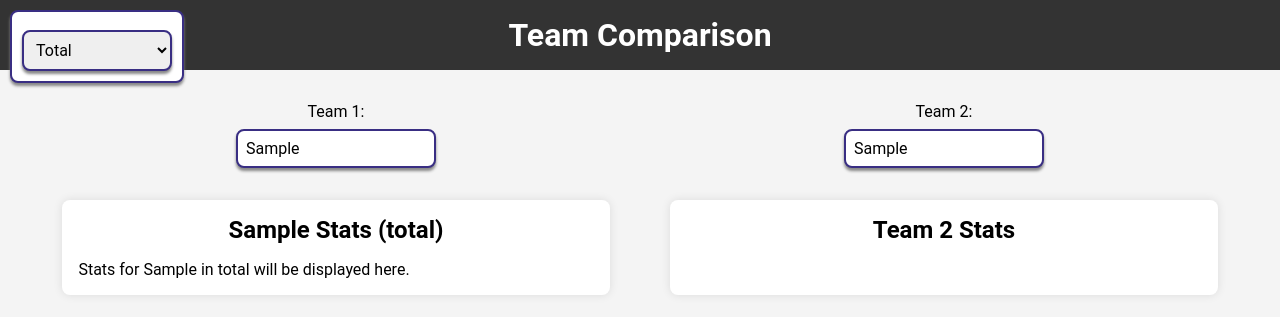
Repository: Enzo-py/dataviz-project-m1
Page: team_page.html
An editor plug-in stored every save of this project. The page is shown before and after the next save, followed by the edit.
The browser window is 1280 px wide. The pictures show the whole page.
Empty fields were first filled with sample values (such as "Sample", 5 or name@example.com).
After loading, the first visible `#team1` was changed once.
Some web fonts or font styles are not loaded; a fallback is used.

Above is the page before, as saved 2024-12-14 16:46:55.

### team_page.html
<!DOCTYPE html>
<html lang="en">
<head>
    <meta charset="UTF-8">
    <meta name="viewport" content="width=device-width, initial-scale=1.0">
    <title>Team page</title>
    <script type="text/javascript" src="js/d3.v7.min.js"></script>
    <script type="text/javascript" src="js/team_page.js"></script>

    <link rel="stylesheet" href="css/global.css">
    <link rel="stylesheet" href="css/team_page.css">

    <link rel="preload" href="https://fonts.googleapis.com/css2?family=Material+Symbols+Outlined:opsz,wght,FILL,GRAD@20..48,100..700,0..1,-50..200&" as="style" onload="this.onload=null;this.rel='stylesheet'">
</head>
<body>
    <!-- Place the season selector at the top left corner -->
    <div class="season">
        <label for="season"></label>
        <select id="season">
            <option value="total">Total</option>
            <option value="2021-2022">2021-2022</option>
            <option value="2022-2023">2022-2023</option>
            <option value="2023-2024">2023-2024</option>
        </select>
    </div>

    <header>
        <h1>Team Comparison</h1>
    </header>
    <main>
        <!-- Move the team-selection above the team stats -->
        <div class="team-selection">
            <div class="team">
                <label for="team1">Team 1:</label>
                <input type="text" id="team1" list="teams" placeholder="Select a team">
            </div>
            <div class="team">
                <label for="team2">Team 2:</label>
                <input type="text" id="team2" list="teams" placeholder="Select a team">
            </div>
            <datalist id="teams">
                <!-- Options will be populated dynamically -->
            </datalist>
        </div>

        <section class="comparison-results">
            <div class="team-stats" id="team1-stats">
                <h2>Team 1 Stats</h2>
                <!-- Stats will be populated dynamically -->
            </div>
            <div class="team-stats" id="team2-stats">
                <h2>Team 2 Stats</h2>
                <!-- Stats will be populated dynamically -->
            </div>
        </section>
    </main>
</body>
</html>

### js/team_page.js
const ctx = {
    teams: []
};

function load_data() {
    const teamFiles = [
        "data/teams/england-2021-2022.csv",
        "data/teams/england-2022-2023.csv",
        "data/teams/england-2023-2024.csv",
        "data/teams/france-2021-2022.csv",
        "data/teams/france-2022-2023.csv",
        "data/teams/france-2023-2024.csv",
        "data/teams/germany-2021-2022.csv",
        "data/teams/germany-2022-2023.csv",
        "data/teams/germany-2023-2024.csv",
        "data/teams/italy-2021-2022.csv",
        "data/teams/italy-2022-2023.csv",
        "data/teams/italy-2023-2024.csv",
        "data/teams/spain-2021-2022.csv",
        "data/teams/spain-2022-2023.csv",
        "data/teams/spain-2023-2024.csv",
    ];


    Promise.all(teamFiles).then(data => {
        ctx.teams = data;
        updateTeamsList();
    }).catch(error => console.error("Error loading the team data:", error));
}

function updateTeamsList() {
    const teams = ctx.teams.map(teamData => teamData.TeamName);
    const datalist = document.getElementById("teams");
    datalist.innerHTML = ""; // Clear existing options
    teams.forEach(team => {
        const option = document.createElement("option");
        option.value = team;
        datalist.appendChild(option);
    });
}

document.addEventListener("DOMContentLoaded", function() {
    load_data();

    document.getElementById("team1").addEventListener("change", updateStats);
    document.getElementById("team2").addEventListener("change", updateStats);
    document.getElementById("season").addEventListener("change", updateStats);

    function updateStats() {
        const team1 = document.getElementById("team1").value;
        const team2 = document.getElementById("team2").value;
        const season = document.getElementById("season").value;

        if (team1) {
            document.getElementById("team1-stats").innerHTML = `<h2>${team1} Stats (${season})</h2><p>Stats for ${team1} in ${season} will be displayed here.</p>`;
        }

        if (team2) {
            document.getElementById("team2-stats").innerHTML = `<h2>${team2} Stats (${season})</h2><p>Stats for ${team2} in ${season} will be displayed here.</p>`;
        }
    }
});

### css/global.css
:root {
    --secondary-color: #392e83;
    --background-color: #fff;
    --shadow-color: #878787;
    --sea-background: linear-gradient(90deg, rgb(36 55 101) 10%, #30679f 100%);
    --earth-color: #fff;

    --danger-color: #af2c35;
    --success-color: #2c9f2c;
    --toggle-background: #f0f0f0;
    --toggle-border: #ccc;
    --toggle-active: #fdfdfd;
}

body, body * {
    margin: 0;
    padding: 0;
    box-sizing: border-box;
    font-family: 'Roboto', sans-serif;
}

### css/team_page.css
body {
    font-family: Arial, sans-serif;
    margin: 0;
    padding: 0;
    background-color: #f4f4f4;
}

header {
    background-color: #333;
    color: #fff;
    text-align: center;
    padding: 1rem 0;
}

main {
    padding: 2rem;
}

menu.team-selection {
    display: flex;
    justify-content: space-around;
    margin-bottom: 2rem;
    background-color: var(--background-color);
    border: solid 2px var(--secondary-color);
    padding: 10px;
    border-radius: 8px;
    box-shadow: 0 3px 3px 0 var(--shadow-color);
}

.team {
    display: flex;
    flex-direction: column;
    align-items: center;
}

.team label {
    margin-bottom: 0.5rem;
}

.team input {
    padding: 0.5rem;
    font-size: 1rem;
    width: 200px;
    border: solid 2px var(--secondary-color);
    border-radius: 8px;
    box-shadow: 0 3px 3px 0 var(--shadow-color);
}

.comparison-results {
    display: flex;
    justify-content: space-around;
}

.team-stats {
    background-color: #fff;
    padding: 1rem;
    border-radius: 8px;
    box-shadow: 0 0 10px rgba(0, 0, 0, 0.1);
    width: 45%;
}

.team-stats h2 {
    text-align: center;
    margin-bottom: 1rem;
}

/* Position the season selector in the top left corner */
.season {
    position: fixed;
    top: 10px;
    left: 10px;
    background-color: var(--background-color);
    border: solid 2px var(--secondary-color);
    padding: 10px;
    border-radius: 8px;
    box-shadow: 0 3px 3px 0 var(--shadow-color);
    display: flex;
    flex-direction: column;
    align-items: center;
}

.season label {
    margin-bottom: 0.5rem;
}

.season select {
    padding: 0.5rem;
    font-size: 1rem;
    width: 150px;
    border: solid 2px var(--secondary-color);
    border-radius: 8px;
    box-shadow: 0 3px 3px 0 var(--shadow-color);
}

/* Style the team-selection div */
.team-selection {
    display: flex;
    justify-content: space-around;
    margin-bottom: 2rem;
    /* Remove background and borders if not needed */
    background-color: transparent;
    border: none;
    padding: 0;
    border-radius: 0;
    box-shadow: none;
}

Loaded but not shown: js/d3.v7.min.js (library)

After the next save:
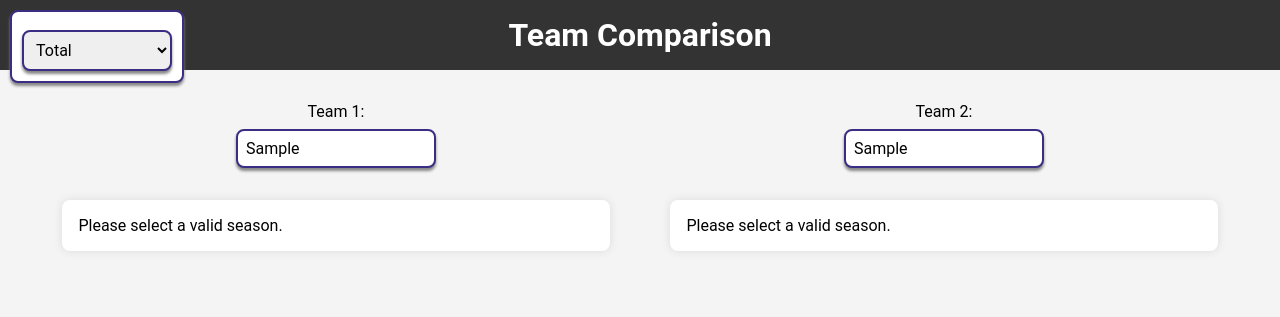
Saved 96 s later.
--- a/js/team_page.js
+++ b/js/team_page.js
@@ -1,5 +1,5 @@
 const ctx = {
-    teams: []
+    teams: {} // Changed to an object to store data by season
 };
 
 function load_data() {
@@ -21,18 +21,29 @@ function load_data() {
         "data/teams/spain-2023-2024.csv",
     ];
 
+    const promises = teamFiles.map(file => {
+        return d3.csv(file).then(data => {
+            const season = file.match(/(\d{4}-\d{4})/)[0];
+            if (!ctx.teams[season]) ctx.teams[season] = [];
+            ctx.teams[season] = ctx.teams[season].concat(data);
+        });
+    });
 
-    Promise.all(teamFiles).then(data => {
-        ctx.teams = data;
+    Promise.all(promises).then(() => {
         updateTeamsList();
     }).catch(error => console.error("Error loading the team data:", error));
 }
 
 function updateTeamsList() {
-    const teams = ctx.teams.map(teamData => teamData.TeamName);
+    const allTeams = new Set();
+    for (const season in ctx.teams) {
+        ctx.teams[season].forEach(teamData => {
+            allTeams.add(teamData.TeamName);
+        });
+    }
     const datalist = document.getElementById("teams");
     datalist.innerHTML = ""; // Clear existing options
-    teams.forEach(team => {
+    allTeams.forEach(team => {
         const option = document.createElement("option");
         option.value = team;
         datalist.appendChild(option);
@@ -51,12 +62,27 @@ document.addEventListener("DOMContentLoaded", function() {
         const team2 = document.getElementById("team2").value;
         const season = document.getElementById("season").value;
 
-        if (team1) {
-            document.getElementById("team1-stats").innerHTML = `<h2>${team1} Stats (${season})</h2><p>Stats for ${team1} in ${season} will be displayed here.</p>`;
-        }
+        if (season && ctx.teams[season]) {
+            if (team1) {
+                const data1 = ctx.teams[season].find(team => team.TeamName === team1);
+                if (data1) {
+                    document.getElementById("team1-stats").innerHTML = `<h2>${team1} Stats (${season})</h2><p>${JSON.stringify(data1)}</p>`;
+                } else {
+                    document.getElementById("team1-stats").innerHTML = `<p>No data available for ${team1} in ${season}.</p>`;
+                }
+            }
 
-        if (team2) {
-            document.getElementById("team2-stats").innerHTML = `<h2>${team2} Stats (${season})</h2><p>Stats for ${team2} in ${season} will be displayed here.</p>`;
+            if (team2) {
+                const data2 = ctx.teams[season].find(team => team.TeamName === team2);
+                if (data2) {
+                    document.getElementById("team2-stats").innerHTML = `<h2>${team2} Stats (${season})</h2><p>${JSON.stringify(data2)}</p>`;
+                } else {
+                    document.getElementById("team2-stats").innerHTML = `<p>No data available for ${team2} in ${season}.</p>`;
+                }
+            }
+        } else {
+            document.getElementById("team1-stats").innerHTML = `<p>Please select a valid season.</p>`;
+            document.getElementById("team2-stats").innerHTML = `<p>Please select a valid season.</p>`;
         }
     }
 });
